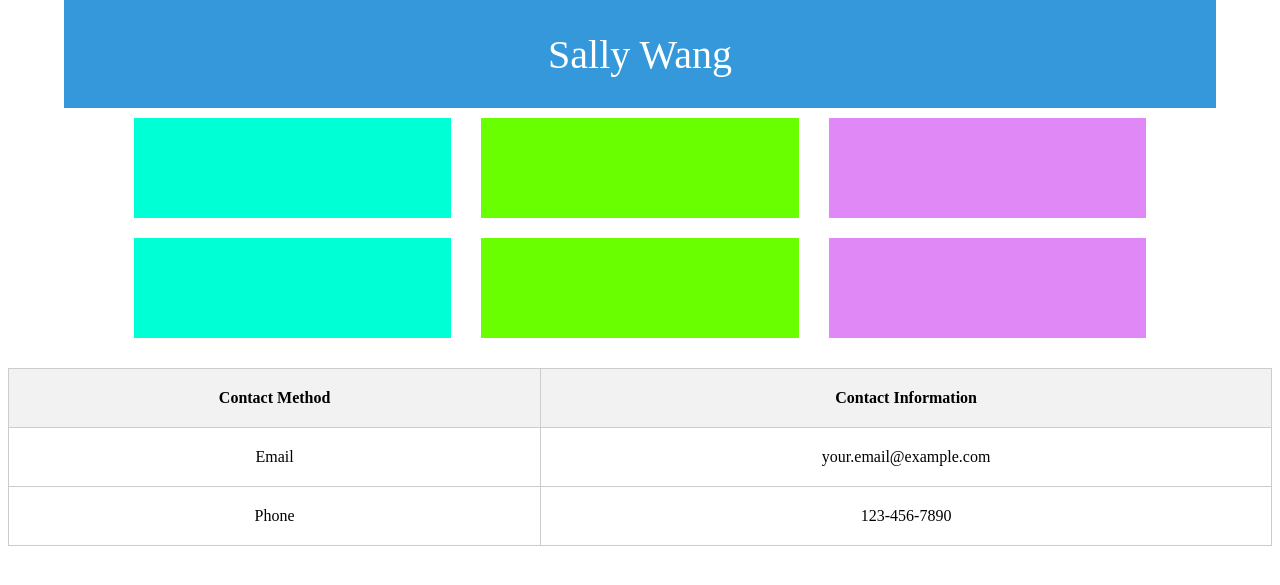
Repository: tianjiewang2022/tianjiewang2022.github.io
Page: index.html
The author's editor kept a copy of each file at every save. The page is drawn from the files as they stood at one save, then again after the next save.
The browser window is 1280 px wide. The pictures show the whole page.

Above is the page before, as saved 2023-10-02 00:54:34.

After the next save:
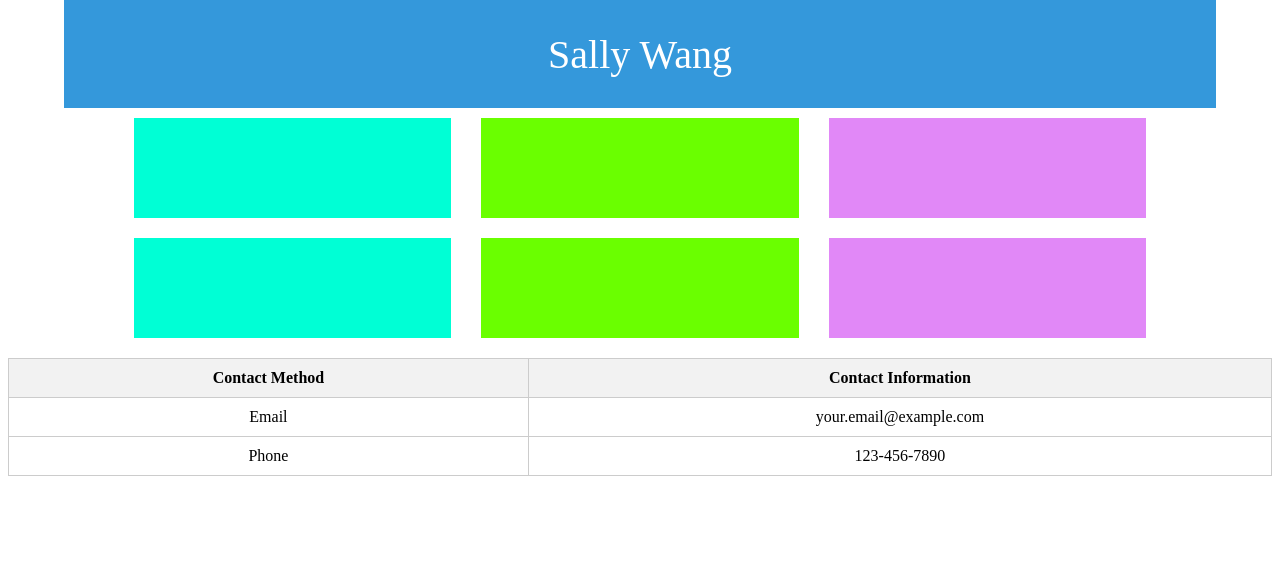
Saved 64 s later.
--- a/index.html
+++ b/index.html
@@ -65,13 +65,13 @@
                 width: 100%;
                 justify-content: center;
                 border-collapse: collapse;
-                margin-top: 20px;
+                margin-top: 10px;
             }
 
             th,
             td {
                 border: 1px solid #ccc;
-                padding: 20px;
+                padding: 10px;
                 text-align: center;
             }
 
